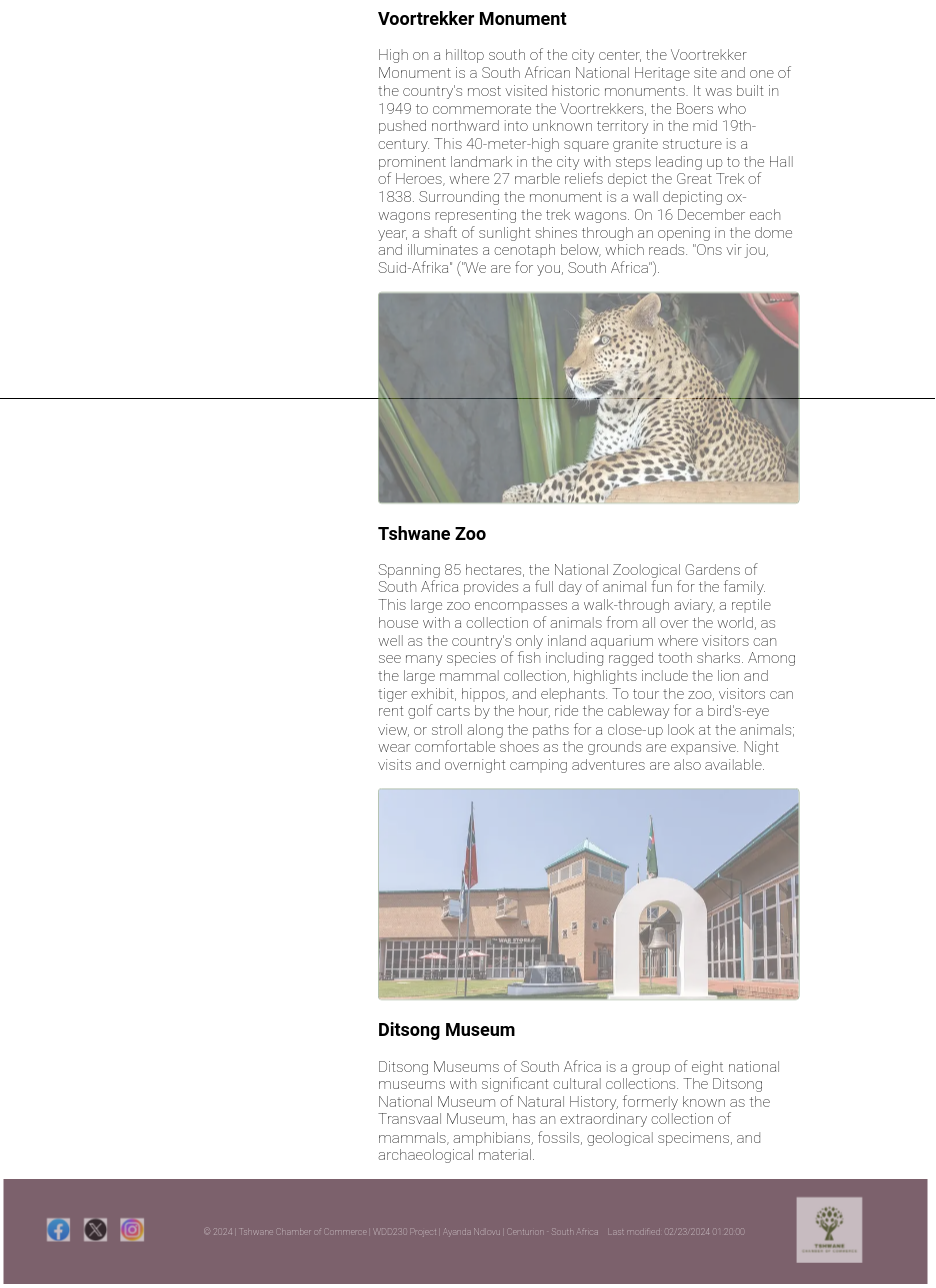
Repository: mszakutumela/wdd230
Page: chamber/discover.html
The author's editor kept a copy of each file at every save. The page is drawn from the files as they stood at one save, then again after the next save.
The browser window is 1280 px wide. The page is 1337 px wide, so the pictures cover 1337 px, including what lies to the right of the window. The pictures show the part of the page from y = 2335 to 4175 px (the page is 4175 px tall), at 70% of full size.
Some web fonts or font styles are not loaded; a fallback is used.

Above is the page before, as saved 2024-02-23 01:20:06.

After the next save:
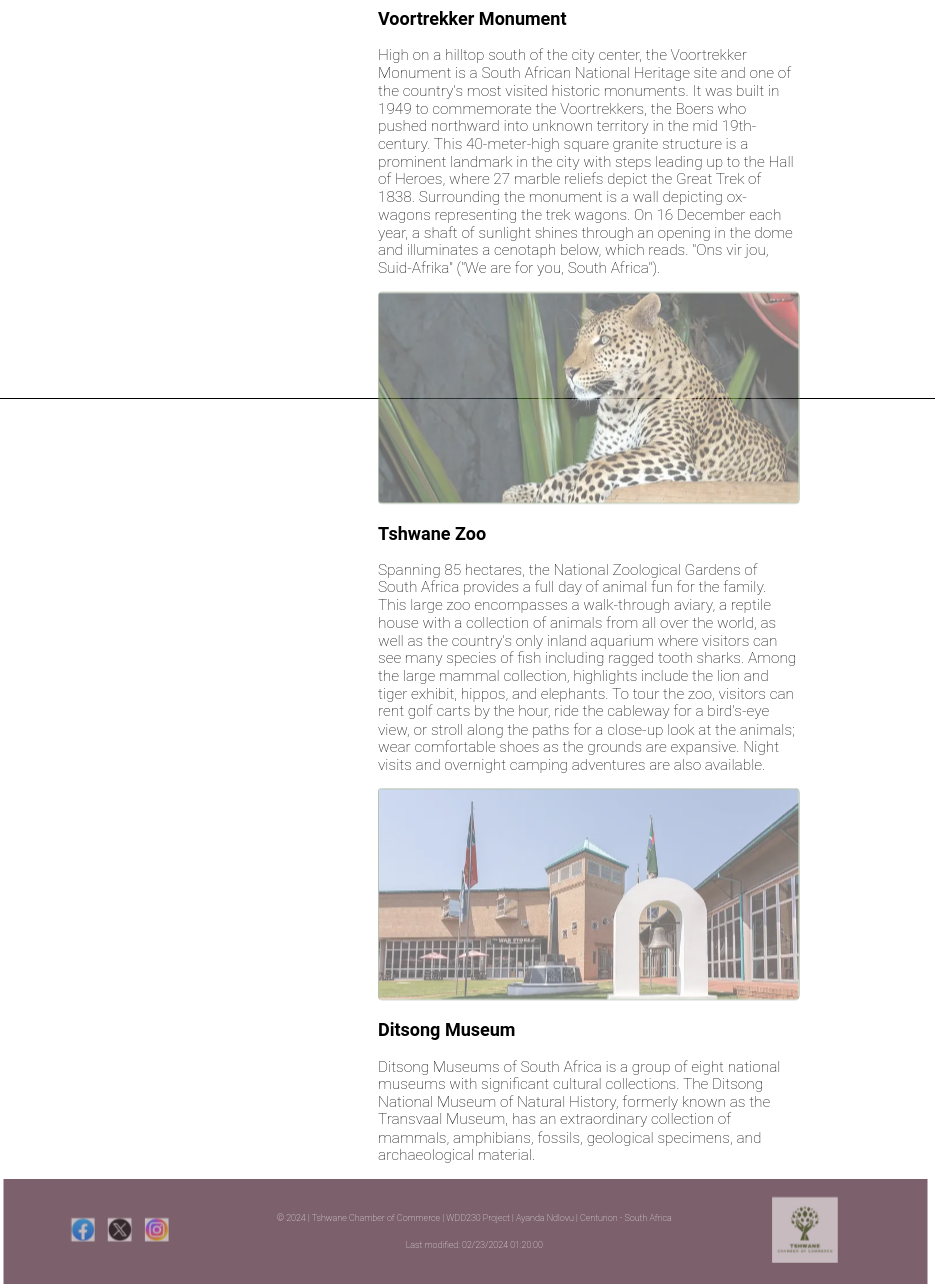
Saved 9 s later.
--- a/chamber/styles/larger.css
+++ b/chamber/styles/larger.css
@@ -147,7 +147,7 @@
         top: 20%;
     }
 
-
+    section
 
     footer .footer-info {
         display: flex;

After the 5 saves that followed:
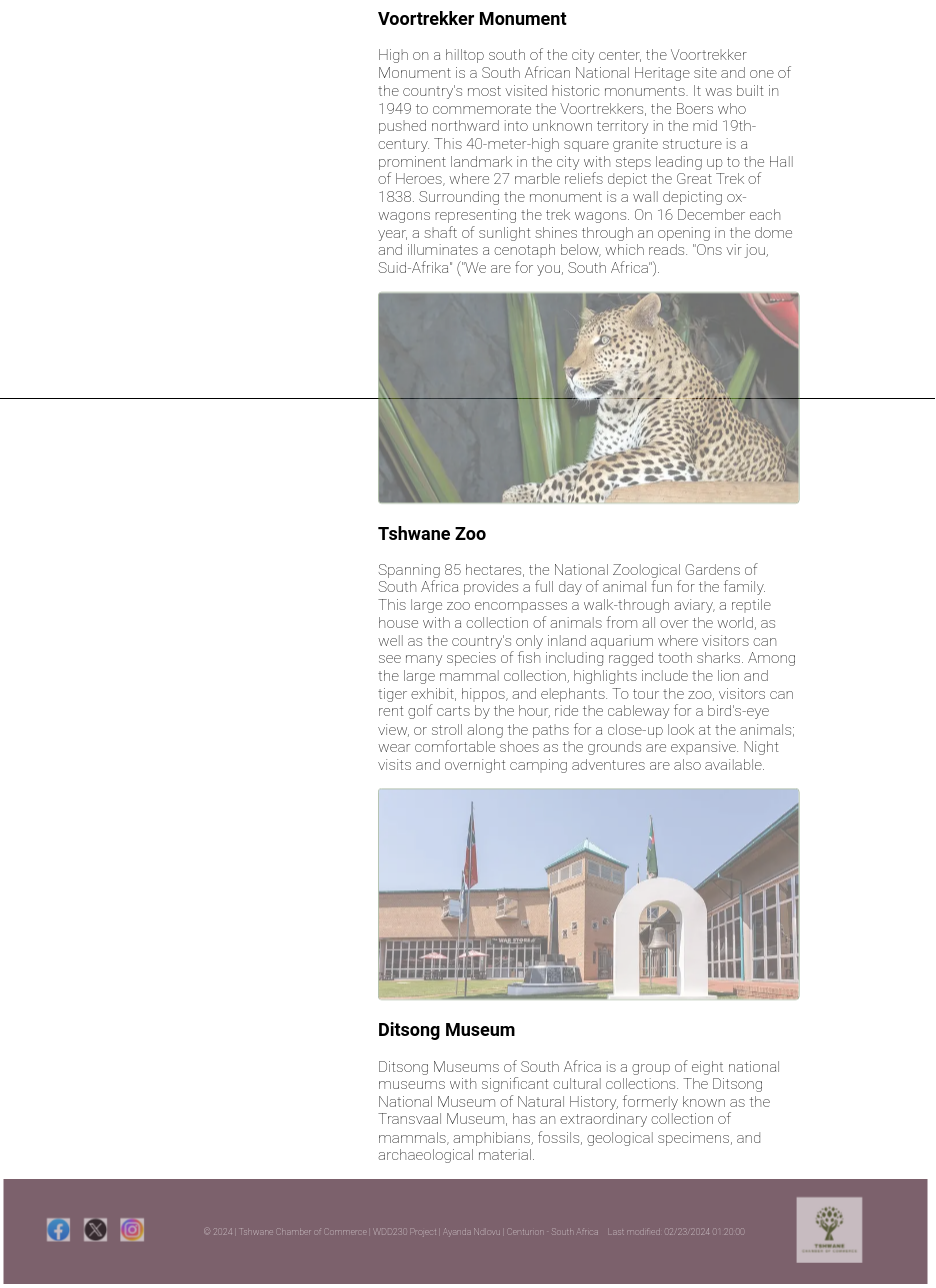
The 5 saves are shown as one change because 2 left the picture as it was and some came seconds apart.
The last was saved 29 s later.
--- a/chamber/styles/larger.css
+++ b/chamber/styles/larger.css
@@ -147,7 +147,9 @@
         top: 20%;
     }
 
-    section
+    section.discoverIMG {
+
+    }
 
     footer .footer-info {
         display: flex;
